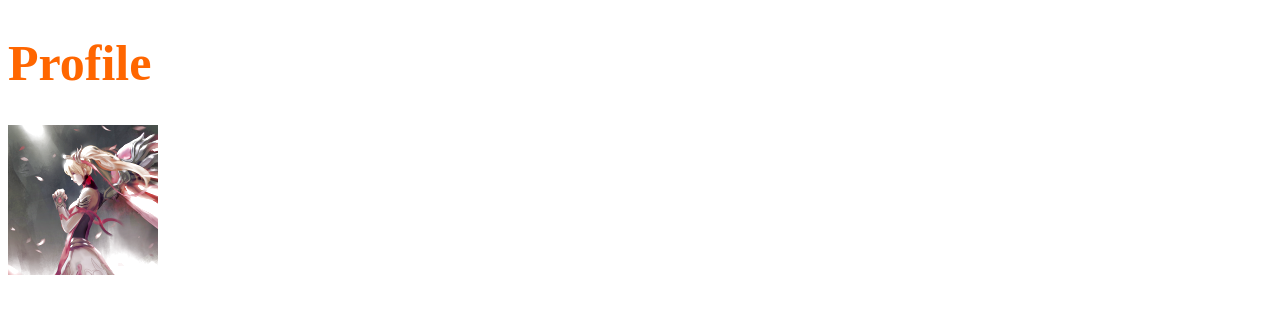
Repository: KLM94/profile
Page: /
The author's editor kept a copy of each file at every save. The page is drawn from the files as they stood at one save, then again after the next save.
The browser window is 1280 px wide. The pictures show the whole page.
The project was rebuilt for these pictures with package versions that can differ from the ones it lists, and the page was loaded fresh each time.

Above is the page before, as saved 2020-10-27 16:33:27.

### src/index.js
import React from 'react';
import ReactDOM from 'react-dom';
import App from './App';
import './App.css';


ReactDOM.render(
  <React.StrictMode>
    <App />
  </React.StrictMode>,
  document.getElementById('root')
);

// If you want to start measuring performance in your app, pass a function
// to log results (for example: reportWebVitals(console.log))
// or send to an analytics endpoint. Learn more: https://bit.ly/CRA-vitals

### src/App.js
import React from 'react'
import Profile from './Components/Profile'

function App() {
  return (
    <div className="App">
      <Profile path="/" />
    </div>
  );
}

export default App;

### src/App.css
.body {
  display: flex;
  justify-content: center;
  flex-direction: column;
}

.header {
  font-size: 50px;
  color: #ff6600;
}

### src/Components/Profile.jsx
import ProfilePicture from "../Images/profilepic.png";

export default function HomePage() {
  return (
    <main>
      <h1 className="header">Profile</h1>

      <img src={ProfilePicture} alt="Logo" />
    </main>
  );
}

Loaded but not shown: public/index.html (common file)

After the next save:
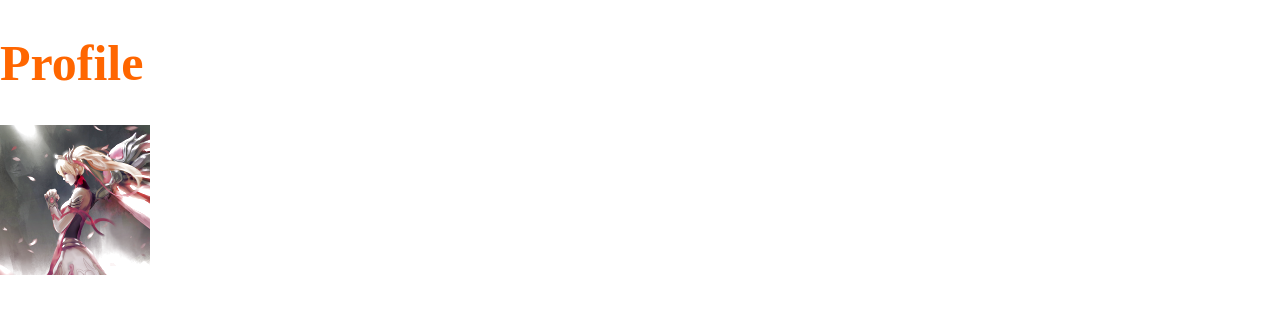
Saved 23 s later.
--- a/src/App.css
+++ b/src/App.css
@@ -1,7 +1,5 @@
-.body {
-  display: flex;
-  justify-content: center;
-  flex-direction: column;
+body {
+  margin: 0 auto;
 }
 
 .header {
